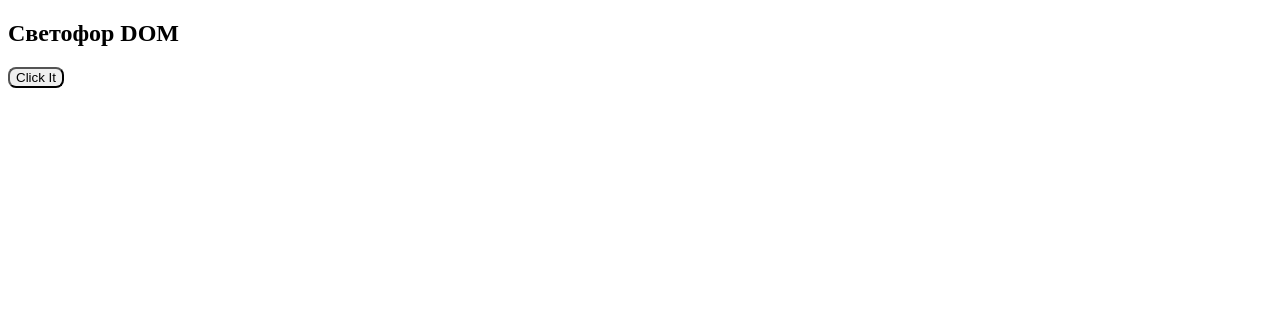
Repository: NastyaGavrilova/Beetroot-js
Page: HW7/traffic-lights/trafic.html
An editor plug-in stored every save of this project. The page is shown before and after the next save, followed by the edit.
The browser window is 1280 px wide. The pictures show the whole page.

Above is the page before, as saved 2021-10-25 15:20:45.

### HW7/traffic-lights/trafic.html
<!DOCTYPE html>
<html lang="en">
  <head>
    <meta charset="UTF-8" />
    <meta http-equiv="X-UA-Compatible" content="IE=edge" />
    <meta name="viewport" content="width=device-width, initial-scale=1.0" />
    <link rel="stylesheet" href="./traffic.css" />
    <title>Traffic Lights DOM</title>
  </head>
  <body>
    <header class="c-header">
      <div class="c-header__wrapper">
        <div class="c-header__title">
          <h2>Светофор DOM</h2>
        </div>
      </div>
    </header>

    <!-- <div class="c-task">
      <div class="c-task__wrapper">
        <div class="c-task__button">
          <button id="js-btn">Переключатель.</button>
        </div>
        <div class="c-task__traffic">
          <div class="c-task__round round__red" id="js-red"></div>
          <div class="c-task__round" id="js-yellow"></div>
          <div class="c-task__round" id="js-green"></div>
        </div>
      </div>
    </div> -->
    <div class="traffic__lights">
      <div id="red" class="traffic__light traffic__red"></div>
      <div id="yellow" class="traffic__light"></div>
      <div id="green" class="traffic__light"></div>
      <button id="btn" class="traffic__btn">Click It</button>
    </div>

    <script src="./traffic.js"></script>
  </body>
</html>

### HW7/traffic-lights/traffic.css
/* .c-task__round {
  width: 100px;
  height: 100px;
  border: 2px solid black;
  border-radius: 50%;
}

.c-task__traffic {
  margin: auto;
  width: 60px;
  height: 200px;
  /* padding: 10px 0; */
  padding-bottom: 0;
  display: flex;
  flex-flow: column wrap;
  justify-content: space-around;
  align-items: center;
  background-color: black;
  border-radius: 0.5rem;
}
.c-task__round {
  width: 40px;
  height: 40px;
  border: 2px solid black;
  border-radius: 50%;
  background-color: grey;
}
.traffic__off {
  background-color: #555;
}
.traffic__red {
  background-color: red;
}
.traffic__green {
  background-color: green;
}
.traffic__yellow {
  background-color: yellow;
}
.traffic__btn {
  border-radius: 0.5rem;
} */

### HW7/traffic-lights/traffic.js
// let i = -1;
// let trafficLight = () => {
//   i++;
//   let arr = ["red", "orange", "green"];
//   round = document.querySelectorAll("c-task__round");
//   if (round[i - 1]) {
//     round[i - 1].style.backgroundColor = "";
//   }
//   if (i == arr.length) i = 0;
//   // round[i].style.backgroundColor = arr[i];
//   // let arr = ["red", "orange", "green"];
//   // let round = document.querySelectorAll("c-task__round");
//   // for (let i = 0; i < arr.length; i++) {
//   //   if (round[i - 1]) round[i - 1].style.backgroundColor = "";
//   //   if (i == arr.length) i = 0;
//   //   // round[i].style.backgroundColor = arr[i];
//   // }
// };

// let btn = document.getElementById("js-btn");
// btn.addEventListener("click", () => {
//   trafficLight();
// });

// const trafficLights = document.querySelector("div.c-task__traffic");
// const redlight = document.getElementById("js-red");
// const yellowlight = document.getElementById("js-yellow");
// const greenlight = document.getElementById("js-green");
// const btn = document.getElementById("js-btn");

// btn.addEventListener("click", () => {
//   if (redlight.classList.contains("traffic__red")) {
//     redlight.classList.remove("traffic__red");
//     yellowlight.classList.add("traffic__yellow");
//   } else if (yellowlight.classList.contains("traffic__yellow")) {
//     yellowlight.classList.remove("traffic__yellow");
//     greenlight.classList.add("traffic__green");
//   } else if (greenlight.classList.contains("traffic__green")) {
//     greenlight.classList.remove("traffic__green");
//     redlight.classList.add("traffic__red");
//   }
// });

After the next save:
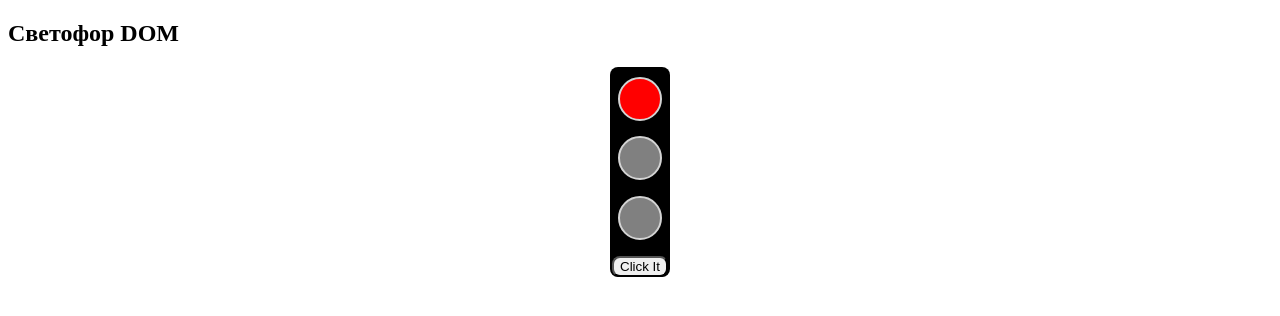
Saved 22 s later.
--- a/HW7/traffic-lights/traffic.css
+++ b/HW7/traffic-lights/traffic.css
@@ -10,7 +10,7 @@
   width: 60px;
   height: 200px;
   /* padding: 10px 0; */
-  padding-bottom: 0;
+/* padding-bottom: 0;
   display: flex;
   flex-flow: column wrap;
   justify-content: space-around;
@@ -40,3 +40,39 @@
 .traffic__btn {
   border-radius: 0.5rem;
 } */
+
+.traffic__lights {
+  margin: auto;
+  width: 60px;
+  height: 200px;
+  padding: 10px 0;
+  padding-bottom: 0;
+  display: flex;
+  flex-flow: column wrap;
+  justify-content: space-between;
+  align-items: center;
+  background-color: black;
+  border-radius: 0.5rem;
+}
+.traffic__light {
+  width: 40px;
+  height: 40px;
+  border-radius: 100%;
+  border: 2px solid lightgrey;
+  background-color: grey;
+}
+.traffic__off {
+  background-color: #555;
+}
+.traffic__red {
+  background-color: red;
+}
+.traffic__green {
+  background-color: green;
+}
+.traffic__yellow {
+  background-color: yellow;
+}
+.traffic__btn {
+  border-radius: 0.5rem;
+}

After the 2 saves that followed:
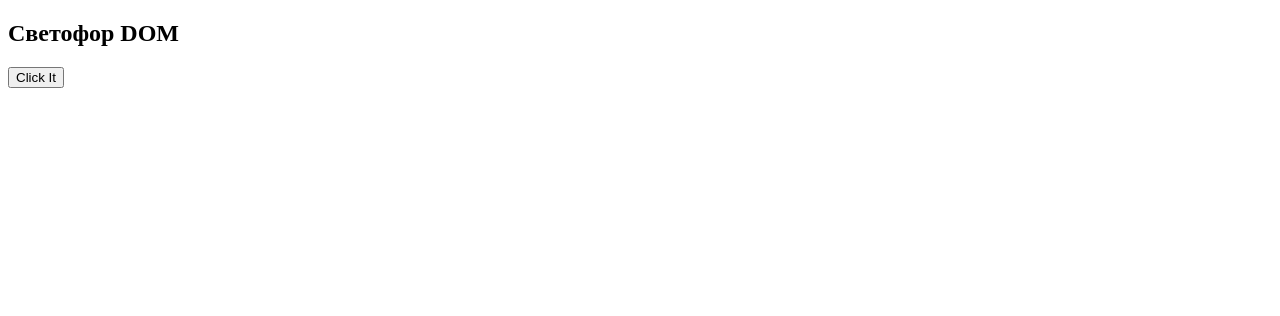
The 2 saves are shown as one change because 1 left the picture as it was.
The last was saved 114 s later.
--- a/HW7/traffic-lights/trafic.html
+++ b/HW7/traffic-lights/trafic.html
@@ -28,11 +28,15 @@
         </div>
       </div>
     </div> -->
-    <div class="traffic__lights">
-      <div id="red" class="traffic__light traffic__red"></div>
-      <div id="yellow" class="traffic__light"></div>
-      <div id="green" class="traffic__light"></div>
-      <button id="btn" class="traffic__btn">Click It</button>
+    <div class="c-task">
+      <div class="c-task__wrapper">
+        <div class="c-task__traffic">
+          <div id="red" class="c-task__round round__red"></div>
+          <div id="yellow" class="c-task__round"></div>
+          <div id="green" class="c-task__round"></div>
+          <button id="btn" class="c-task__round">Click It</button>
+        </div>
+      </div>
     </div>
 
     <script src="./traffic.js"></script>
--- a/HW7/traffic-lights/traffic.js
+++ b/HW7/traffic-lights/traffic.js
@@ -40,3 +40,23 @@
 //     redlight.classList.add("traffic__red");
 //   }
 // });
+
+const trafficLights = document.querySelector("div.traffic__light");
+
+const redlight = document.getElementById("red");
+const yellowlight = document.getElementById("yellow");
+const greenlight = document.getElementById("green");
+const butn = document.getElementById("btn");
+
+butn.addEventListener("click", function () {
+  if (redlight.classList.contains("traffic__red")) {
+    redlight.classList.remove("traffic__red");
+    yellowlight.classList.add("traffic__yellow");
+  } else if (yellowlight.classList.contains("traffic__yellow")) {
+    yellowlight.classList.remove("traffic__yellow");
+    greenlight.classList.add("traffic__green");
+  } else if (greenlight.classList.contains("traffic__green")) {
+    greenlight.classList.remove("traffic__green");
+    redlight.classList.add("traffic__red");
+  }
+});
